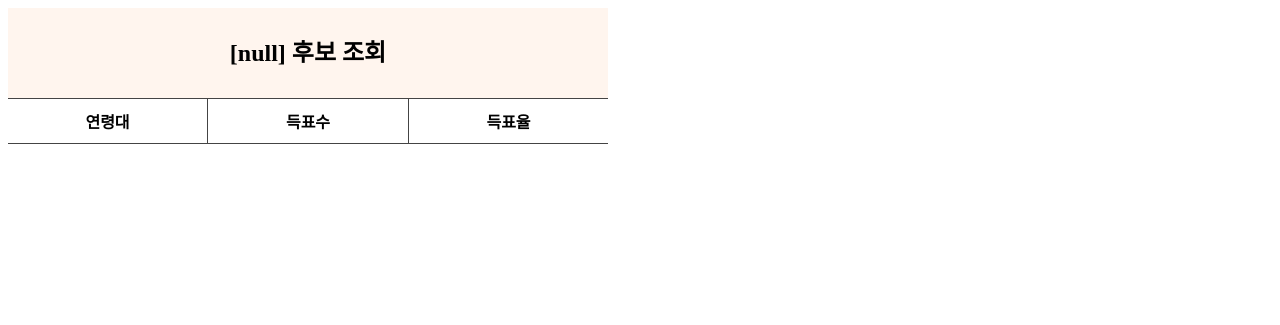
Repository: noheul1030/KOPO-HTML
Page: http://localhost/Tupyo/Tupyo/oneviewDB.jsp
The author's editor kept a copy of each file at every save. The page is drawn from the files as they stood at one save, then again after the next save.
The browser window is 1280 px wide. The pictures show the whole page.
The page is served by Tomcat 9. Queries for data that is not in the repository find no rows.

Above is the page before, as saved 2023-06-04 09:22:52.

### Tupyo/src/main/webapp/Tupyo/oneviewDB.jsp
<meta http-equiv = "Content-Type" content = "text/html; charset = utf-8" />
<%@ page contentType="text/html; charset=UTF-8" %>
<%@ page import="java.util.*" %> <!--java import-->
<%@ page import="java.io.*"%> <!--java import-->
<%@ page import="java.sql.*"%> <!--java import-->
<html>
	<head>
		<title>투표 B_02_H.jsp</title>
		<style>
    		table {
    			text-align: center;
   				border: 0;
   				solid black;
   				width: 600px;
   				border-collapse: collapse;
   				cellspacing="1"}
    		th, td {
		    border-bottom: 1px solid #444444;
		    border-left: 1px solid #444444;
		    padding: 10px;
			}
			th:first-child, td:first-child {
			  border-left: none;
			}
    		a {text-decoration-line: none;  color: #696969;}

    		h1,h2,h4 {margin-top: 15px; text-align: center;}
    		.fourth {
			  background: gold;
			  border-color: white;
			  color: black;
			  background-image: linear-gradient(45deg, yellow 50%, transparent 50%);
			  background-position: 100%;
			  background-size: 400%;
			  transition: background 300ms ease-in-out;
			  border-radius: 5px;
			}

			.fourth:hover {
			  background-position: 0;
			}
			select{
				width: 70px; height: 20px; padding: 0px;font-weight: bold;
			}
    	</style>
	</head>
	<body>
<%
		//key값 저장
		String key = request.getParameter("key");

		// DB연동
        Class.forName("com.mysql.jdbc.Driver");
		//Connection conn = DriverManager.getConnection("jdbc:mysql://192.168.23.60:3307/kopo11","root","shdmf1030@");
		Connection conn = DriverManager.getConnection("jdbc:mysql://localhost:3306/noheul","root","shdmf1030@");
        Statement stmt = conn.createStatement();

    	// key값 으로 찾는 쿼리문
        String query = String.format("SELECT age AS 연령대,COUNT(age) AS 득표수,COUNT(age) / (SELECT COUNT(*) FROM TupyoDB) * 100 AS 득표율"
        		+ " FROM TupyoDB"
        		+ " WHERE hubo = ? AND age IS NOT NULL"
        		+ " GROUP BY age"
        		+ " ORDER BY age asc;",key);

        PreparedStatement pstmt = conn.prepareStatement(query);
      	pstmt.setString(1, key);

        ResultSet rset = pstmt.executeQuery();
%>
		<table>
			<tr>
				<td bgcolor = #fff5ee colspan = "3"><h2 align = center>[<%=key%>] 후보 조회</h2></td><!--해당 key값 head text 크기 1-->
			</tr>
			<tr>
				<td><b>연령대</b></td> <td><b>득표수</b></td> <td><b>득표율</b></td>
			</tr>

<%			while(rset.next()){ %>
			<tr>
				<td><%=rset.getString(1)%></td>
				<td><%=rset.getInt(2)%></td>
				<td><%=rset.getFloat(3)%></td>
			</tr>
<%			} %>
		</table>
	</body>
</html>

After the next save:
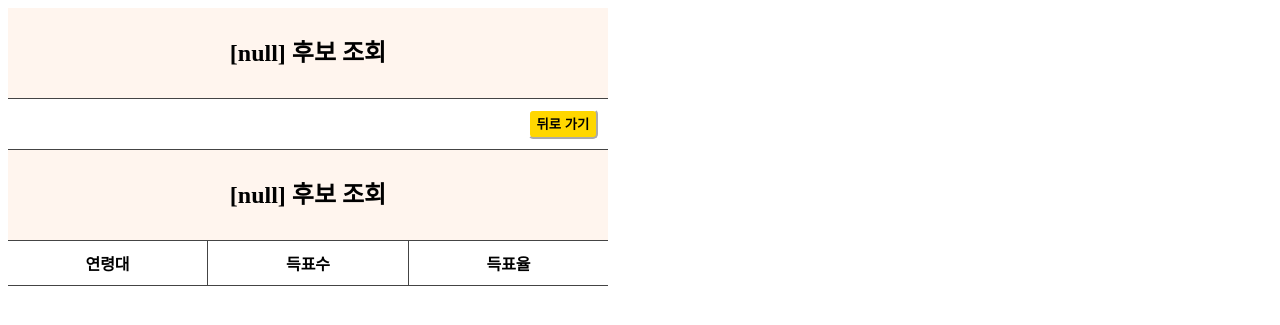
Saved 70 s later.
--- a/Tupyo/src/main/webapp/Tupyo/oneviewDB.jsp
+++ b/Tupyo/src/main/webapp/Tupyo/oneviewDB.jsp
@@ -71,6 +71,14 @@
 			<tr>
 				<td bgcolor = #fff5ee colspan = "3"><h2 align = center>[<%=key%>] 후보 조회</h2></td><!--해당 key값 head text 크기 1-->
 			</tr>
+			<tr><td align = right width = 22%>
+				<input class="fourth" type="submit" value="뒤로 가기" style="width: 70px; height: 30px; padding: 0px;font-weight: bold;" formaction = 'B_01_H.jsp'></td>
+			</tr>
+		</table>
+		<table>
+			<tr>
+				<td bgcolor = #fff5ee colspan = "3"><h2 align = center>[<%=key%>] 후보 조회</h2></td><!--해당 key값 head text 크기 1-->
+			</tr>
 			<tr>
 				<td><b>연령대</b></td> <td><b>득표수</b></td> <td><b>득표율</b></td>
 			</tr>
